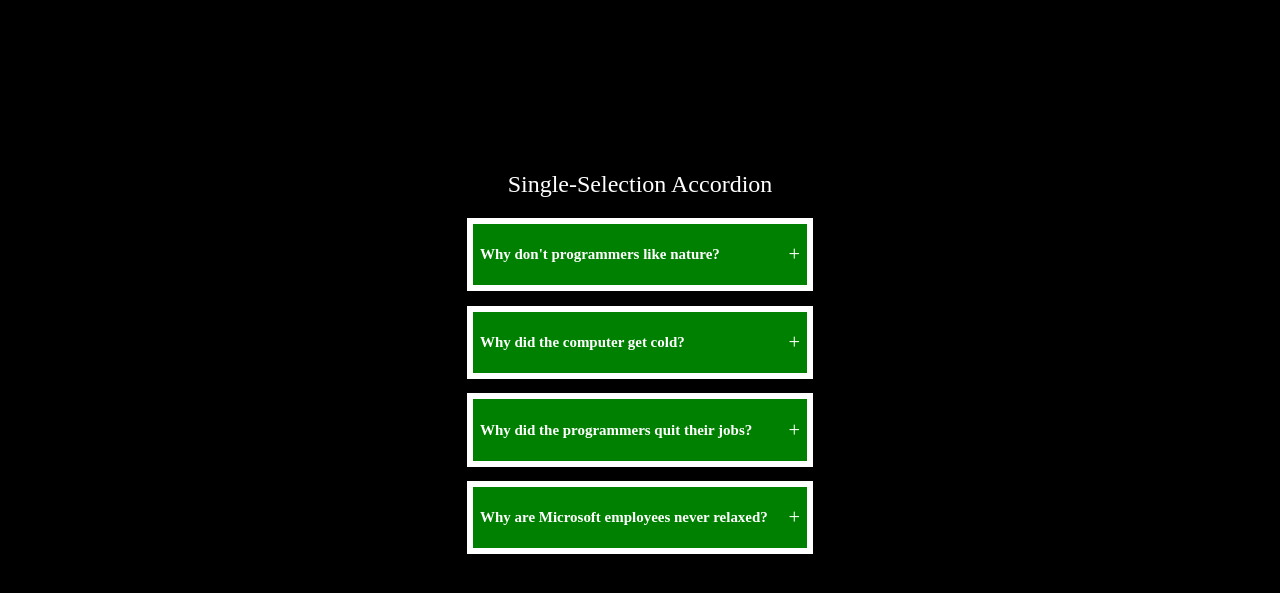
Repository: kosenijr/react-projects
Page: / (app in accordion/)
These files come from the project's save history. The page is drawn as it stood at one moment and after the next save; the edit follows.
The browser window is 1280 px wide. The pictures show the whole page.
The project was rebuilt for these pictures with package versions that can differ from the ones it lists, and the page was loaded fresh each time.

Above is the page before, as saved 2024-03-03 01:38:38.

After the next save:
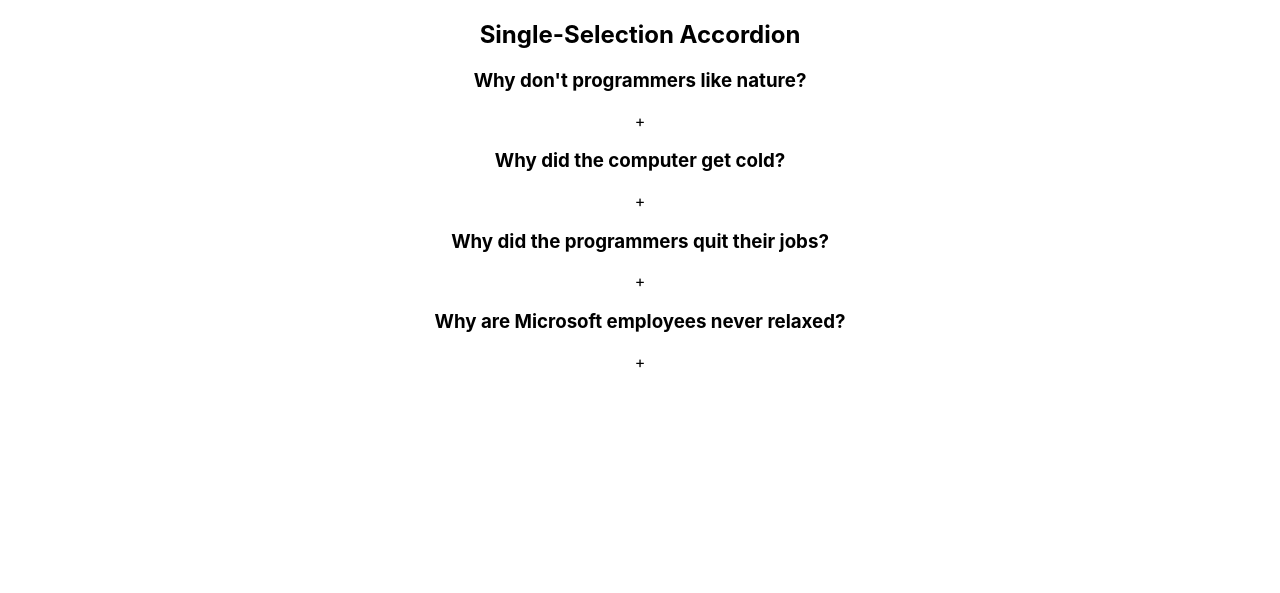
Saved 59 s later.
--- a/accordion/src/styles/SingleSelection.css
+++ b/accordion/src/styles/SingleSelection.css
@@ -1,4 +1,4 @@
-.wrapper {
+.single-selection-wrapper {
   display: flex;
   justify-content: center;
   align-items: center;
@@ -8,12 +8,12 @@
   color: white;
 }
 
-.description {
+.single-selection-description {
   font-family: "Raleway";
   font-weight: 500;
 }
 
-.item {
+.single-selection-item {
   background-color: green;
   color: white;
   font-size: 0.8em;
@@ -25,17 +25,17 @@
   cursor: pointer;
 }
 
-.title {
+.single-selection-title {
   display: flex;
   justify-content: space-between;
   align-items: center;
 }
 
-span {
+.single-selection-span {
   font-size: 1.6em;;
 }
 
-.content {
+.single-selection-content {
   display: flex;
   justify-content: space-between;
   color: burlywood;
